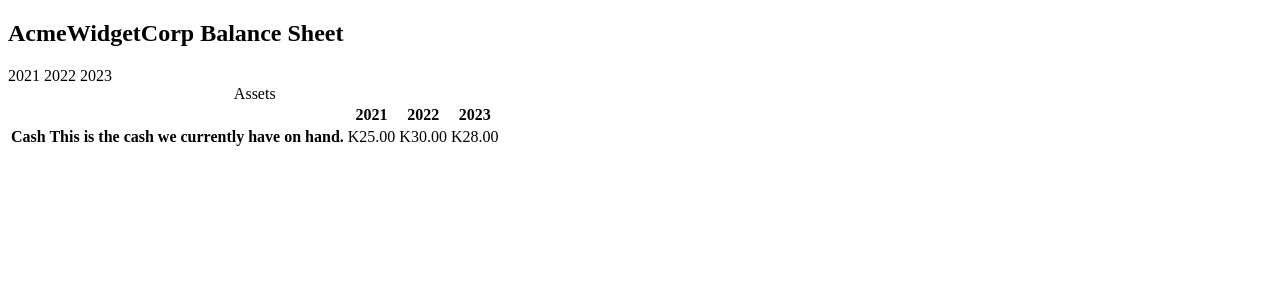
Repository: Lungdjos/balance_shee
Page: index.html
These files come from the project's save history. The page is drawn as it stood at one moment and after a run of saves; the edit follows.
The browser window is 1280 px wide. The pictures show the whole page.

Above is the page before, as saved 2023-10-31 08:46:25.

### index.html
<!DOCTYPE html>
<html lang="en">

<head>
    <meta charset="UTF-8">
    <meta name="viewport" content="width=device-width, initial-scale=1.0">
    <title>Balance Sheet</title>
    <link rel="stylesheet" href="styles.css">
</head>

<body>
    <main>
        <section>
            <h1>
                <span class="flex">
                <span>AcmeWidgetCorp</span>
                <span>Balance Sheet</span>
                </span>
            </h1>
            <div id="years" aria-hidden="true">
                <span class="year">2021</span>
                <span class="year">2022</span>
                <span class="year">2023</span>
            </div>
            <div class="table-wrap">
                <table>
                    <caption>Assets</caption>
                    <thead>
                        <tr>
                            <td></td>
                            <th><span class="sr-only year">2021</span></th>
                            <th><span class="sr-only year">2022</span></th>
                            <th class="current"><span class="current">2023</span></th>
                        </tr>
                    </thead>
                    <tbody>
                        <tr class="data">
                            <th>
                                Cash <span class="description">This is the cash we currently have on hand.</span>
                            </th>
                            <td>K25.00</td>
                            <td>K30.00</td>
                            <td class="current">K28.00</td>
                        </tr>
                        <tr class="data"></tr>
                        <tr class="data"></tr>
                        <tr class="total"></tr>
                    </tbody>
                </table>
                <table></table>
                <table></table>
            </div>
        </section>
    </main>
</body>

</html>

</html>

Loaded but not shown: styles.css (no copy from this time; the picture is the same without it)

After the next 2 saves:
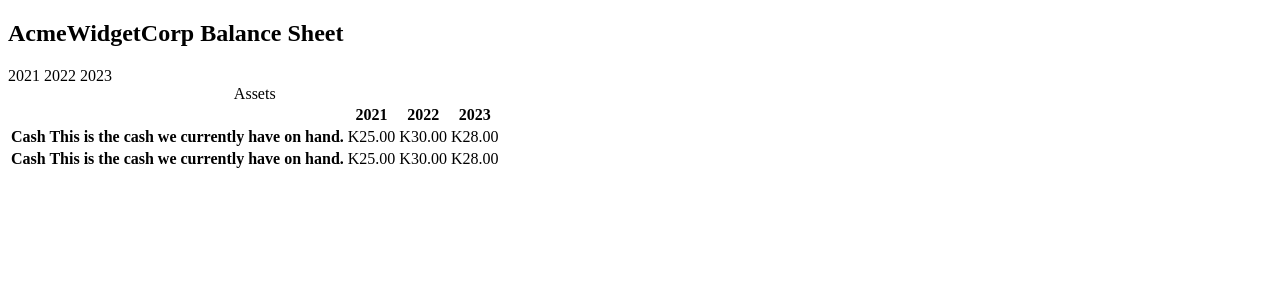
The 2 saves are shown as one change because they came seconds apart.
The last was saved 64 s later.
--- a/index.html
+++ b/index.html
@@ -42,7 +42,14 @@
                             <td>K30.00</td>
                             <td class="current">K28.00</td>
                         </tr>
-                        <tr class="data"></tr>
+                        <tr class="data">
+                            <th>
+                                Cash <span class="description">This is the cash we currently have on hand.</span>
+                            </th>
+                            <td>K25.00</td>
+                            <td>K30.00</td>
+                            <td class="current">K28.00</td>
+                        </tr>
                         <tr class="data"></tr>
                         <tr class="total"></tr>
                     </tbody>
